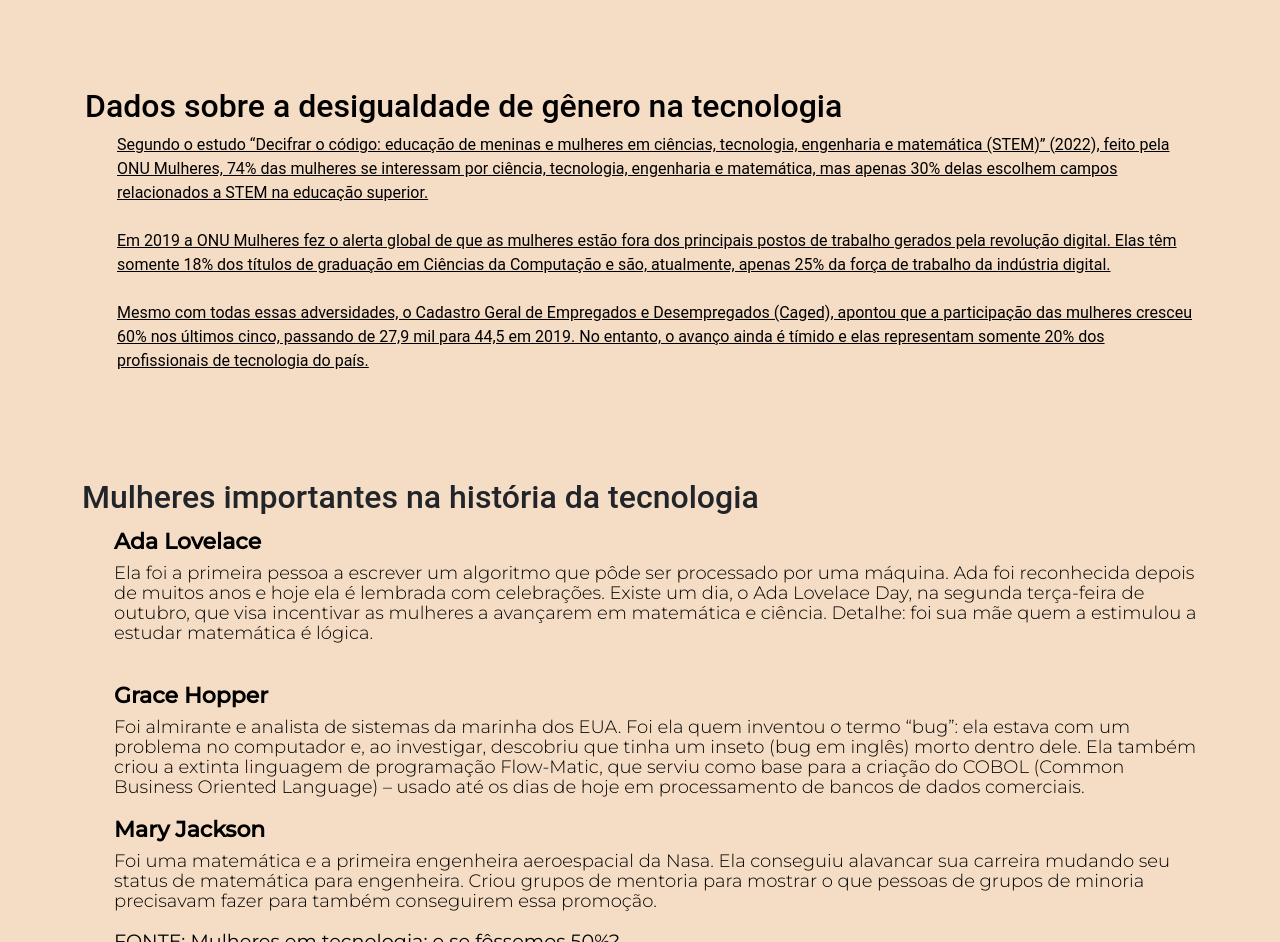
Repository: BellsBarbosa/ODS5_IGUALDADE_DE_GENERO
Page: index.html
These files come from the project's save history. The page is drawn as it stood at one moment and after the next save; the edit follows.
The browser window is 1280 px wide. The pictures show the part of the page from y = 1260 to 2202 px (the page is 3176 px tall before and 3152 px after).
A picture or video elsewhere on the page could not be fetched, so the positions and the page height are approximate.

Above is the page before, as saved 2023-08-11 16:16:19.

### index.html
<!DOCTYPE html>
<html lang="en">

<head>
    <meta charset="UTF-8">
    <meta name="viewport" content="width=device-width, initial-scale=1.0">
    <meta name="author" content="Isabel Barbosa, Bootstrap contributors">
    <title>ODS 5 - Igualdade de Gênero</title>
    <link href="https://cdn.jsdelivr.net/npm/bootstrap@5.3.0-alpha3/dist/css/bootstrap.min.css" rel="stylesheet"
        integrity="sha384-KK94CHFLLe+nY2dmCWGMq91rCGa5gtU4mk92HdvYe+M/SXH301p5ILy+dN9+nJOZ" crossorigin="anonymous">
    <link rel="stylesheet" href="https://cdn.jsdelivr.net/npm/bootstrap-icons@1.10.5/font/bootstrap-icons.css">
    <link rel="preconnect" href="https://fonts.googleapis.com">
    <link rel="preconnect" href="https://fonts.gstatic.com" crossorigin>
    <link
        href="https://fonts.googleapis.com/css2?family=Caveat:wght@500;700&family=Kalam&family=Montserrat:ital,wght@0,300;0,400;0,500;1,400;1,500;1,600&display=swap"
        rel="stylesheet">
    <link rel="stylesheet" href="style.css">
    </script>


</head>

<body>

    <header class="header-menu">
        <nav>
            <img src="IMG/ODS5-1.jpg" alt="ODS5" width="100%" height="100%"></a>
            <ul class="lista-menu">
                <li><a href="#dados">Dados</a></li>
                <li><a href="#destaques">Destaques</a></li>
                <li><a href="#cards">Soluções</a></li>
                <li><a href="#contato">Contatos</a></li>
            </ul>
        </nav>

    </header>


    <div class="container col-xxl-8 px-4 py-5">
        <div class="row flex-lg-row-reverse align-items-center g-5 py-5">
            <div class="col-10 col-sm-8 col-lg-6">
                <img src="IMG/4029136.jpg" class="d-block mx-lg-auto img-fluid" alt="Bootstrap Themes" loading="lazy">
            </div>
            <div class="col-lg-6">
                <h1 class="display-5 fw-bold text-body-emphasis lh-1 mb-3">ODS 5 - IGUALDADE DE GÊNERO</h1>
                <p class="lead">Aumentar o uso de tecnologias de base, em particular as tecnologias de informação
                    <br>e comunicação, para promover o empoderamento das mulheres.
                </p>
                <a href="https://brasil.un.org/pt-br/sdgs/5" class="botao" target="_blank">Saiba mais</a>
                <div class="d-grid gap-2 d-md-flex justify-content-md-start">

                </div>
            </div>
        </div>
    </div>



    <section class="container-fluid" id="ods">
        <div class="row">
            <div class="column">
                <h2 id="h2-margin">O Que são as ODS?</h2>
                <p>Os Objetivos de Desenvolvimento Sustentável são um apelo global à ação para acabar com a
                    pobreza,
                    proteger o meio ambiente e o clima e garantir que as pessoas, em todos os lugares, possam
                    desfrutar de paz e de prosperidade. Estes são os objetivos para os quais as Nações Unidas
                    estão
                    contribuindo a fim de que possamos atingir a Agenda 2030 no Brasil. O objetivo escolhido foi
                    a ODS 5.B: Aumentar o uso de tecnologias de base, em particular as
                    tecnologias de informação e comunicação, para promover o empoderamento das mulheres.
                </p>
                <img src="IMG/odssss-1-scaled.jpg" align-items="left" alt="Crédito da imagem: Estratégia Ods"
                    width="600" height="330">
                </h1>
            </div>

            <div class="column">
                <h2>ODS 5 - Igualdade de Gênero</h2>
                <p><i>Juliette Erath</i></p>
                <p>"A desigualdade de gênero é em grande parte responsável pela diferença no ambiente de
                    trabalho e
                    nas habilidades em relação a um padrão no setor de tecnologia. Para enfrentar essa
                    desigualdade
                    internacional e crescente, um esforço com empenho precisa ser feito para compreender a
                    origem
                    desse problema e solucioná-lo (...) No Brasil, em 2019, apenas 26% dos formados na área STEM
                    eram mulheres." é o que nos diz <a
                        href="https://www.ironhack.com/br/pt/blog/desigualdade-de-genero-na-tecnologia-vamos-discuti-la"
                        class="link" target="_blank">Juliette Erath em seu texto para IRONHACK.</a></p>
                <iframe width="560" height="315" src="https://www.youtube.com/embed/go-VJzRqacE"
                    title="YouTube video player" frameborder="0"
                    allow="accelerometer; autoplay; clipboard-write; encrypted-media; gyroscope; picture-in-picture; web-share"
                    allowfullscreen></iframe>
            </div>
        </div>

    </section>
    <section class="container-fluid" id="dados">
        <article class="container article-lista">
            <div class="dados">
                <h2>Dados sobre a desigualdade de gênero na tecnologia</h2>
                <ul>
                    <li> <a href="https://blog.google/intl/pt-br/novidades/por-dentro-do-google/mind-the-gap-2022-incentivando-meninas-a-ingressarem-em-carreiras-na-area-de-tecnologia/#:~:text=Segundo%20o%20estudo%20%E2%80%9CDecifrar%20o,a%20STEM%20na%20educa%C3%A7%C3%A3o%20superior."
                            class="link" target="_blank">Segundo o estudo “Decifrar o código: educação de
                            meninas e
                            mulheres em ciências, tecnologia, engenharia e matemática (STEM)” (2022), feito pela
                            ONU
                            Mulheres, 74% das mulheres se interessam por ciência, tecnologia, engenharia e
                            matemática,
                            mas apenas 30% delas escolhem campos relacionados a STEM na educação superior.</a>
                    </li> </br>
                    <a href="http://www.onumulheres.org.br/noticias/onu-mulheres-defende-investimentos-publicos-e-privados-em-igualdade-de-genero-para-aumentar-participacao-de-meninas-e-mulheres-em-ciencia-e-tecnologia/"
                        class="link" target="_blank">Em 2019 a ONU Mulheres fez o alerta global de que as
                        mulheres estão
                        fora dos principais postos de trabalho gerados pela revolução digital. Elas têm somente
                        18% dos
                        títulos de graduação em Ciências da Computação e são, atualmente, apenas 25% da força de
                        trabalho da indústria digital.</a></li> </br> </br>
                    <li> <a href="https://www.vittude.com/blog/mulheres-na-tecnologia-os-desafios-femininos-no-setor/"
                            class="link" target="_blank"> Mesmo com todas essas adversidades, o Cadastro Geral
                            de
                            Empregados e Desempregados (Caged), apontou que a participação das mulheres cresceu
                            60% nos
                            últimos cinco, passando de 27,9 mil para 44,5 em 2019. No entanto, o avanço ainda é
                            tímido e
                            elas representam somente 20% dos profissionais de tecnologia do país.</a> </li>
                    </br>
                </ul> <br>

            </div>
        </article>
    </section>
    <section class="container-fluid" id="destaques">
        <article class="container article-lista">

                <h2>Mulheres importantes na história da tecnologia</h2>
                <ul>
                    <li>
                        <p class="lista-titulo">Ada Lovelace</p>
                        <p class="lista-descricao">
                            Ela foi a primeira pessoa a escrever um algoritmo que pôde ser processado por
                            uma máquina.
                            Ada foi reconhecida depois de muitos anos e hoje ela é lembrada com celebrações.
                            Existe um
                            dia, o Ada Lovelace Day, na segunda terça-feira de outubro, que visa incentivar
                            as mulheres
                            a avançarem em matemática e ciência. Detalhe: foi sua mãe quem a estimulou a
                            estudar
                            matemática é lógica.</br>
                            </br>
                        </p>
                    </li>
                    <li>
                        <p class="lista-titulo">Grace Hopper</p>

                        <p class="lista-descricao">
                            Foi almirante e analista de sistemas da marinha dos EUA. Foi ela quem inventou o
                            termo
                            “bug”: ela estava com um problema no computador e, ao investigar, descobriu que
                            tinha um
                            inseto (bug em inglês) morto dentro dele. Ela também criou a extinta linguagem
                            de
                            programação Flow-Matic, que serviu como base para a criação do COBOL (Common
                            Business
                            Oriented Language) – usado até os dias de hoje em processamento de bancos de
                            dados
                            comerciais. </br>

                        </p>
                    </li>
                    <li>
                        <p class="lista-titulo">Mary Jackson</p>

                        <p class="lista-descricao">
                            Foi uma matemática e a primeira engenheira aeroespacial da Nasa. Ela conseguiu
                            alavancar sua
                            carreira mudando seu status de matemática para engenheira. Criou grupos de
                            mentoria para
                            mostrar o que pessoas de grupos de minoria precisavam fazer para também
                            conseguirem essa
                            promoção. </br>

                        </p>
                    </li>
                    <p class="fonte">FONTE: <a target="_blanck"
                            href="http://www.onumulheres.org.br/noticias/onu-mulheres-defende-investimentos-publicos-e-privados-em-igualdade-de-genero-para-aumentar-participacao-de-meninas-e-mulheres-em-ciencia-e-tecnologia/">Mulheres
                            em tecnologia: e se fôssemos 50%?</a></p>

            </div>

        </article>
    </section>


    <section class="container-fluid" id="cards">
        <div class="row row-cols-1 row-cols-md-3 g-4">
            <div class="col">
                <div class="card">
                    <img src="IMG/criança.jpg" class="card-img-top" alt="...">
                    <div class="card-body">
                        <h5 class="card-title text-center">Introduza meninas ao mundo da tecnologia</h5>
                        <p class="card-text justify-content-evenly">Apresentar as meninas ao mundo da tecnologia expande
                            as chances delas desenvolverem suas habilidades e criatividade,
                            proporcionando a elas a chance de inventar, criar e aprender sobre a área.</p>
                    </div>
                </div>
            </div>
            <div class="col">
                <div class="card">
                    <img src="IMG/mulher_liderança.jpg" class="card-img-top" alt="...">
                    <div class="card-body">
                        <h5 class="card-title text-center">Comemore as mulheres na liderança</h5>
                        <p class="card-text justify-content-evenly">Divulgar a jornadas de mulheres que impactaram na
                            tecnologia, e celebrar o trabalho dessas vitoriosas, irá inspirar
                            nossas meninas e mulheres a iniciar suas próprias carreiras na área tecnológica..</p>
                    </div>
                </div>
            </div>
            <div class="col">
                <div class="card">
                    <img src="IMG/parcerias.jpg" class="card-img-top" alt="...">
                    <div class="card-body">
                        <h5 class="card-title text-center">Estabeleça parcerias e oportunidades</h5>
                        <p class="card-text justify-content-evenly">Realizar parcerias com entidades que utilizam a
                            tecnologia como instrumento para diminuir a desigualdade de gênero irá
                            expandir o alcance desses projetos, aumentando assim a inserção de mulheres na
                            tecnologia.</p>
                    </div>
                </div>
            </div>

        </div>
    </section>


    <footer class="rodape" id="contato">
        <div class="container">
            <div class="row">
                <div class="column">
                    <ul class="lista-rodape">
                        <li> <i class="bi bi-envelope"></i><a href="barbosa.isabelcristina@gmail.com" target="_blank"
                                class="link-icone">
                                barbosa.isabelcristina@gmail.com</a></li>
                        <li><i class="bi bi-linkedin"></i><a href="https://www.linkedin.com/in/isabel-barbosa-aa080456/"
                                target="_blank" class="link-icone"> Isabel Barbosa</a></li>
                        <li><i class="bi bi-github"></i><a href="https://github.com/BellsBarbosa" target="_blank"
                                class="link-icone">
                                BellsBarbosa</a></li>
                        <li><i class="bi bi-arrow-up-square-fill"></i><a href="#top" class="link-icone"> Topo da
                                página</a></li>

                    </ul>
                </div>
                <div class="column">
                    <ul class="lista-rodape">
                        <li>Créditos:</li>
                        <li>Imagem ODS:<a href="https://estrategiaods.org.br/" target="_blank" class="link-icone">
                                Estratégia ODS</a></li>
                        </li>
                        <li>Hero Image:<a
                                href="https://br.freepik.com/vetores-gratis/conceito-de-igualdade-de-genero_8925920.htm#query=igualdade%20de%20genero&position=0&from_view=search&track=ais">Imagem
                                de pikisuperstar</a> no Freepik</li>
                        </li>
                        <li> Video: <a href="https://www.youtube.com/watch?v=go-VJzRqacE&ab_channel=CentroCulturalLight"
                                target="_blank" class="link-icone">
                                Centro Cultural Light</a></li>
                        </li>
                        <li> Card 1: <a
                                href="https://br.freepik.com/fotos-gratis/garotinha-afro-americana-feliz-durante-videochamada-com-laptop_20052825.htm#query=meninas%20na%20tecnologia&position=14&from_view=search&track=ais">Imagem
                                de master1305</a> no Freepik
                        </li>
                        <li> Card 2: <a
                                href="https://br.freepik.com/fotos-gratis/mulher-afro-americana-confiante-com-documentos-em-papel_6882196.htm#query=mulheres%20na%20lideran%C3%A7a&position=19&from_view=search&track=ais">Imagem
                                de pch.vector</a> no Freepik
                        </li>
                        <li> Card 3: <a
                                href="https://br.freepik.com/fotos-gratis/mulheres-de-negocios-felizes-apoiando-uns-aos-outros-e-de-maos-dadas-em-um-cafe_26402023.htm#query=mulheres%20na%20lideran%C3%A7a&position=17&from_view=search&track=ais">Imagem
                                de Drazen Zigic</a> no Freepik
                        </li>
                    </ul>
                </div>
            </div>


        </div>
    </footer>

### style.css
 @import url('https://fonts.googleapis.com/css2?family=Caveat:wght@500;700&family=Kalam&family=Montserrat:ital,wght@0,300;0,400;0,500;1,400;1,500;1,600&display=swap');

 html {
   scroll-behavior: smooth;
   /*Adds smooth scrolling instead of snapping to element*/
  scroll-margin-block-start: 110px;
    /*Adds margin to the top of the viewport*/

    scroll-margin-block-end: 110pxx;
    /*Adds margin to the bottom of the viewport*/
  }


 * {

   margin: 0;

   padding: 0;

   outline: 0;
 }



 body {

   font-family: 'Roboto', sans-serif;
   margin: 0;
   background-color: #f5ddc5;
   display: flex;
   min-height: 100vh;
   flex-direction: column;
   margin-top: 0%;
   position: relative;
   width: 100%;
   margin: 0 auto;
   padding: 0;

 }

 p {
   font-size: 1.2em;
   font-family: 'Montserrat', sans-serif;
   color: #000000;

 }

 a {
   color: rgb(0, 0, 0);
 }

 .h2 {
   color: #0b0b0b
 }

 li {

   list-style: none;
 }

 .header-menu {

   display: flex;
   position: fixed;
   width: 100%;
   padding: 8px;
   padding-bottom: 32px;
   padding-top: 32px;
   height: 30px;
   background-color: #6e999c;
 }

 .header-menu nav {
   display: flex;
   justify-content: flex-end;
   width: 100%;
 }

 .lista-menu {
   display: flex;
   justify-content: space-evenly;
   width: 50%;
   align-items: center;
 }

 .lista-menu li>a {
   color: #FFF;
   font-size: 18px;
   text-decoration: inherit;
 }

 .lista-titulo {
   font-weight: 600;
 }

 .lista-titulo {
   margin-bottom: 5px;
   font-size: 22px;
   color: #000000;
   font-weight: 700;
 }

  .lista-descricao {
   font-size: 18px;
   margin-top: 5px;
   line-height: 20px;
   color: #000000;
   font-weight: 300;
 }

 .botao {
   border-radius: 8px;
   border: 1px solid #9fadaa;
   color: #9fadaa;
   font-size: 1.2em;
   line-height: 25px;
   text-align: center;
   text-decoration: none;
   text-transform: uppercase;
   padding: 10px 20px 10px 20px;
   position: relative;
   width: 200px;
 }

 .botao a {
   padding-left: 20%;
 }

 .botao a:hover {
   color: #000000;
   font-size: 1.2em;
 }


 .column {
   float: left;
   width: 50%;
   padding: 3%;
   color: #000000;
   text-align: justify;
 }

 /* Clear floats after the columns */
 .row:after {
   content: "";
   display: table;
   clear: both;
 }

 .ODS {
   padding-bottom: 3%;
 }

 .dados {
   padding: 3px;
   align-content: center;
   color: #000000
 }

 .destaques {
   padding: 3px;
   align-content: center;
   color: #000000;
   padding-bottom: 3%;
   display: flex;
 }

 .cards {
   align-content: center;
   color: #000000;
   padding-bottom: 3%;
 }

 .rodape {

   display: flex;
   align-items: center;
   background-color: #6e999c;
   height: 300px;
 }

 .lista-rodape {
   color: #000000;
   font-weight: 700;
   font-size: 20px;
   margin-bottom: 16px;
   display: flex;
   align-items: flex-start;
   flex-direction: column;

 }

 .estilo-icone {
   font-size: 32px;
   margin-right: 10px;
 }

 .container-fluid{
  padding-bottom: 3%;
 }

After the next save:
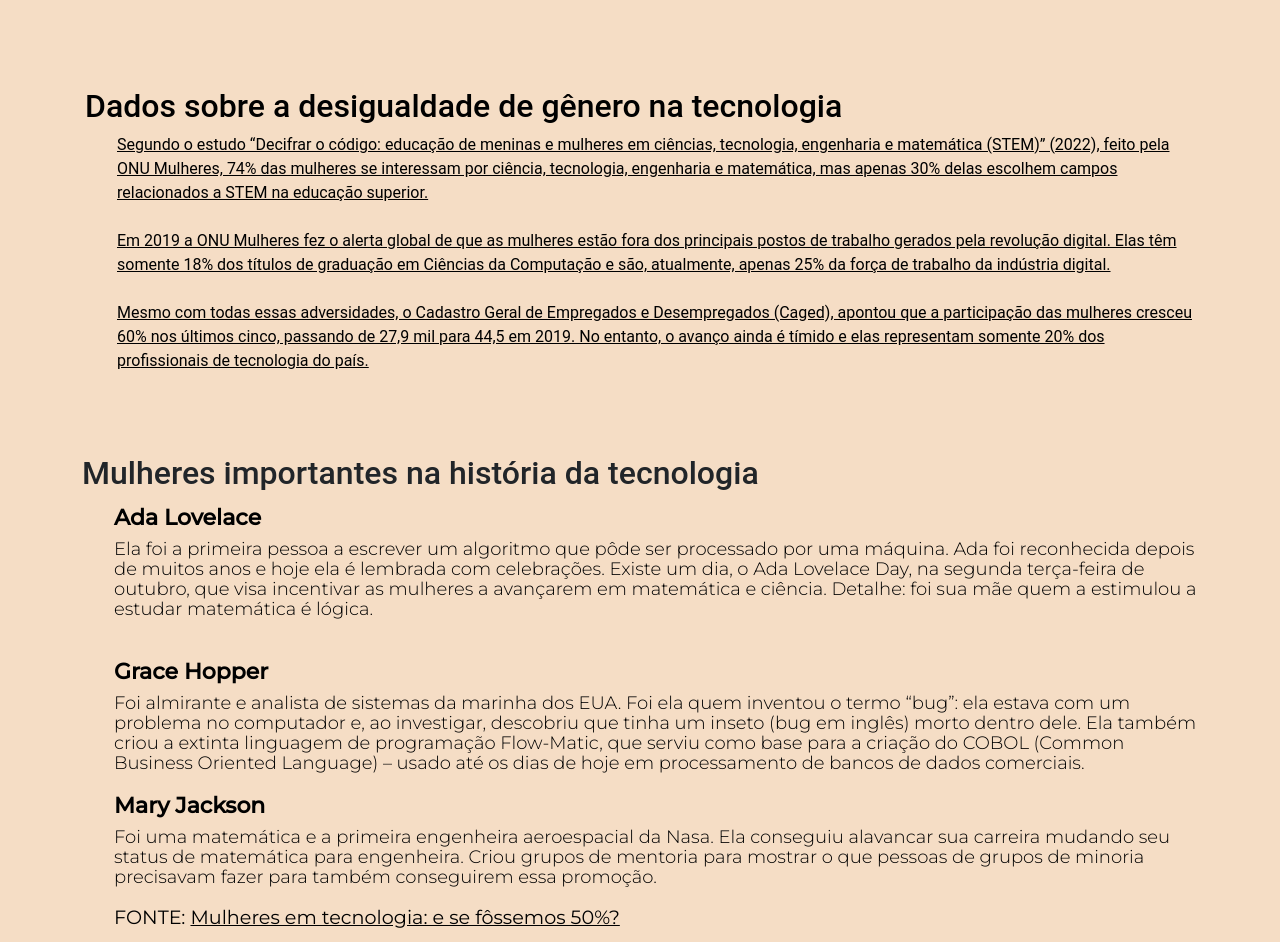
Saved 34 s later.
--- a/index.html
+++ b/index.html
@@ -125,7 +125,7 @@
                             tímido e
                             elas representam somente 20% dos profissionais de tecnologia do país.</a> </li>
                     </br>
-                </ul> <br>
+                </ul>
 
             </div>
         </article>
